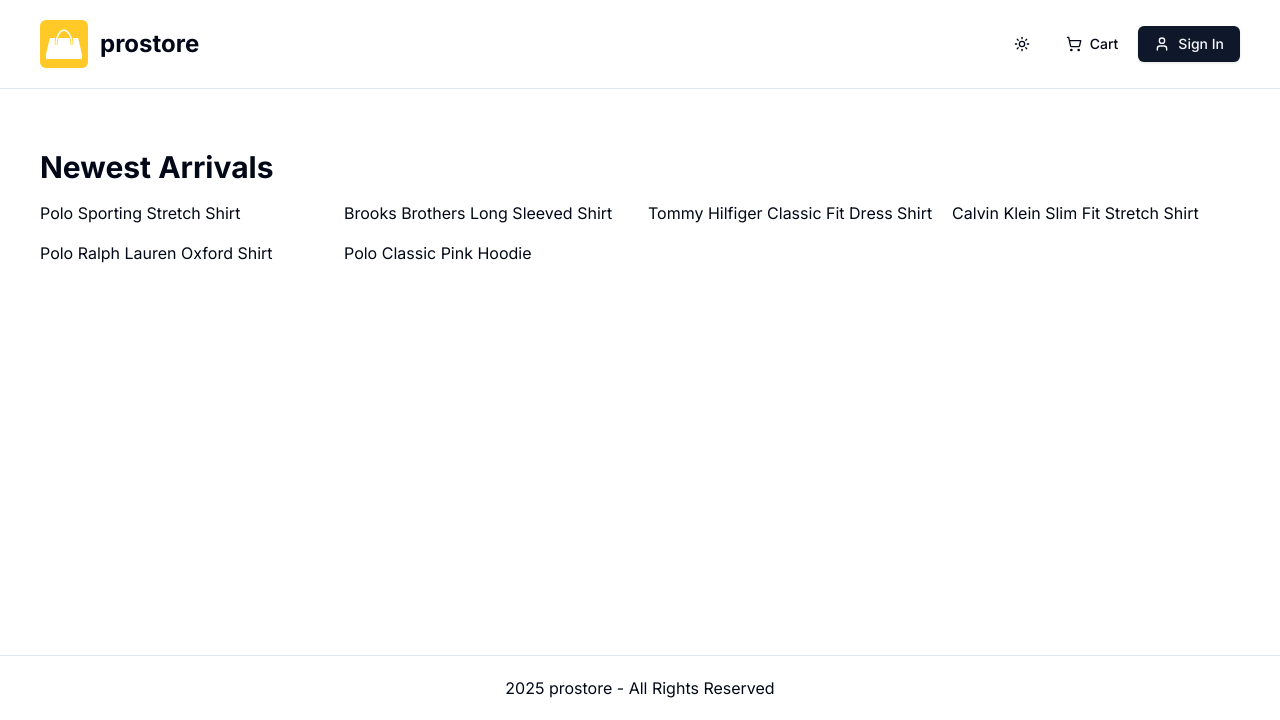
Repository: maminizer/prostore
Page: /
An editor plug-in stored every save of this project. The page is shown before and after the next save, followed by the edit.
The browser window is 1280 px wide. The pictures show the whole page.
The page's requests for data from a server got no answer. The project was rebuilt for these pictures with package versions that can differ from the ones it lists, and the page was loaded fresh each time. The framework's server and built-in components were replaced by stand-ins that run in the browser. No one was signed in, and anything a server would have sent is missing. Also part of the build but not shown: next.config.ts.

Above is the page before, as saved 2025-03-17 09:51:45.

After the next save:
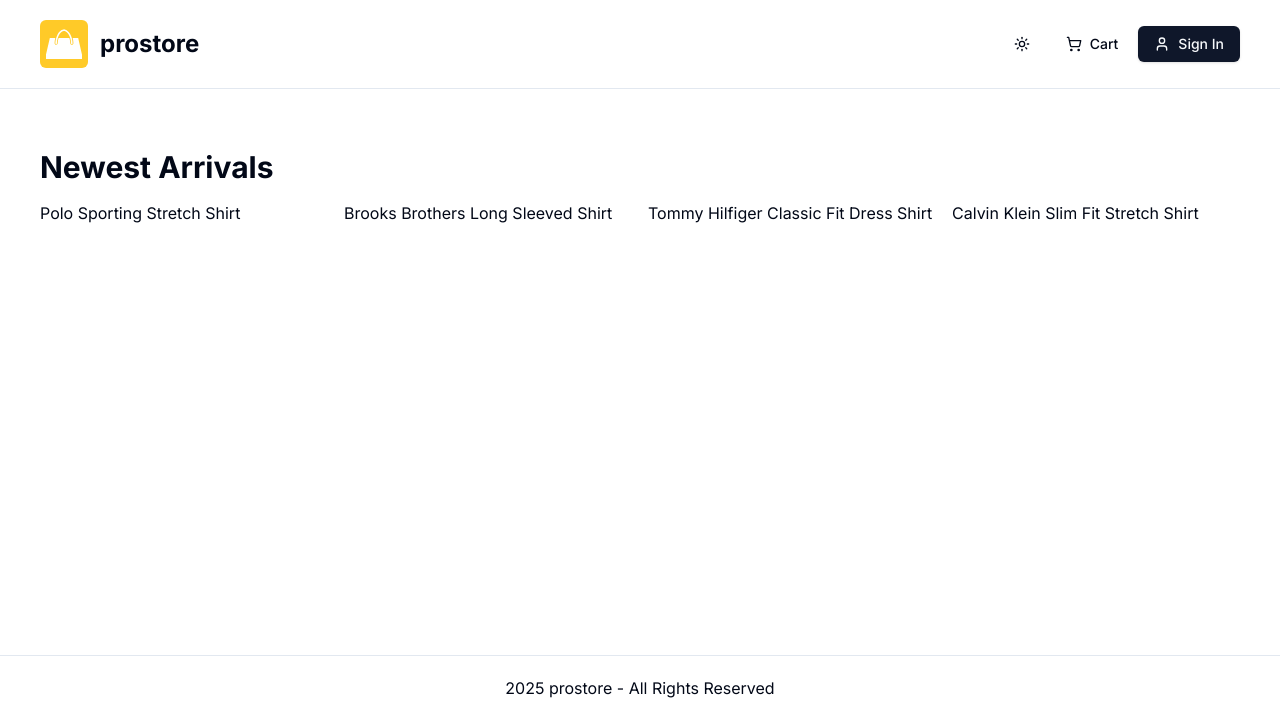
Saved 16 s later.
--- a/components/shared/product/product-list.tsx
+++ b/components/shared/product/product-list.tsx
@@ -13,7 +13,7 @@
       <h2 className="h2-bold mb-4">{title}</h2>
       {data.length > 0 ? (
         <div className="grid grid-cols-1 sm:grid-cols-2 md:grid-cols-3 lg:grid-cols-4 gap-4">
-          {data.map((product: any) => (
+          {limitData.map((product: any) => (
             <div>{product.name}</div>
           ))}
         </div>
